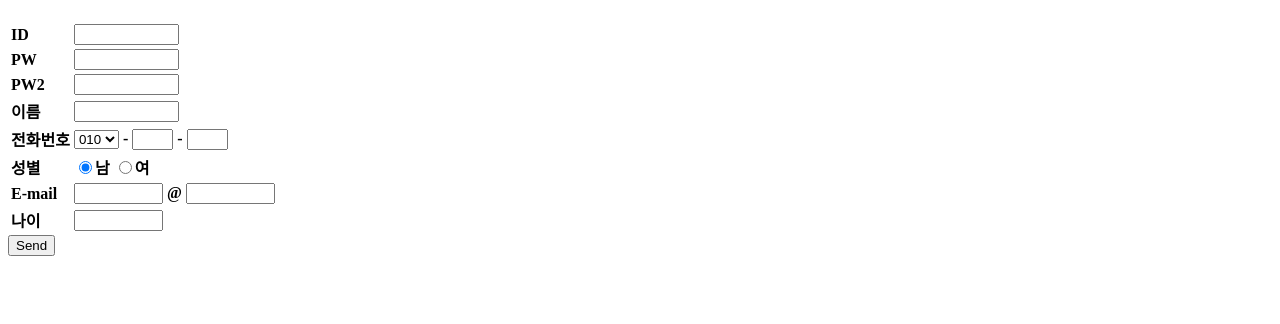
Repository: njir/nodejs
Page: admin_page/views/join_back.ejs
The author's editor kept a record of every edit. The page is drawn from the files as they stood at one moment, then again after the next edit.
The browser window is 1280 px wide. The pictures show the whole page.
The page is served by the project's Node server (admin_page/app.js). The template is opened directly, without the code that normally fills it, so the values that code supplies are empty.

Above is the page before.

After the next edit:
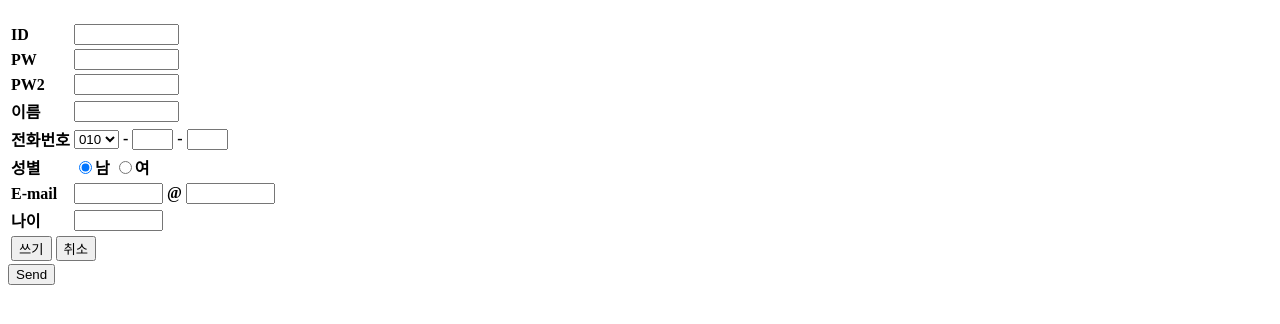
The edit:
--- a/admin_page/views/join_back.ejs
+++ b/admin_page/views/join_back.ejs
@@ -50,6 +50,12 @@
 		<th>나이</th>
 		<th><input type="text" name="age" size=8 maxlength=12></th>
 	</tr>
+	<tr>
+          <td colspan="2">
+            <input type="submit" value="쓰기">
+            <input type="reset" value="취소">
+          </td>
+        </tr>
 
 </table>
 	<input type="submit" value="Send" name="submit">
